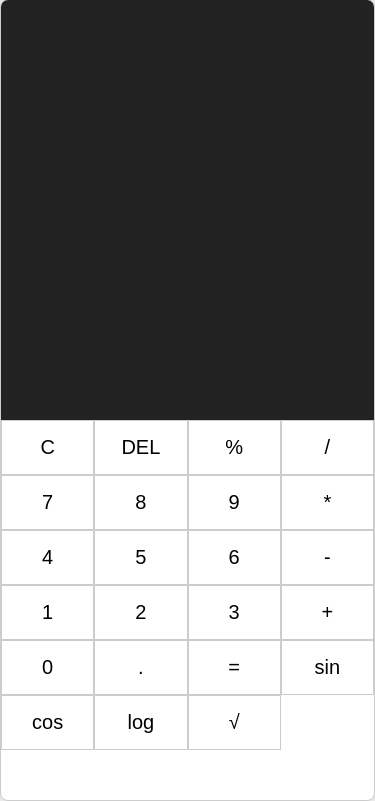
Repository: JuliusMonday/myCalculator
Page: index.html
An editor plug-in stored every save of this project. The page is shown before and after the next save, followed by the edit.
The browser window is 375 px wide. The pictures show the whole page.

Above is the page before, as saved 2024-05-31 08:40:20.

### index.html
<!DOCTYPE html>
<html lang="en">
<head>
    <meta charset="UTF-8">
    <meta name="viewport" content="width=device-width, initial-scale=1.0">
    <title>JuliusCalc - Scientific Calculator</title>
    <link rel="stylesheet" href="styles.css">
</head>
<body>
    <div class="calculator">
        <div class="display">
            <input type="text" id="result" disabled>
        </div>
        <div class="buttons">
            <button onclick="clearDisplay()">C</button>
            <button onclick="deleteChar()">DEL</button>
            <button onclick="appendChar('%')">%</button>
            <button onclick="appendChar('/')">/</button>

            <button onclick="appendChar('7')">7</button>
            <button onclick="appendChar('8')">8</button>
            <button onclick="appendChar('9')">9</button>
            <button onclick="appendChar('*')">*</button>

            <button onclick="appendChar('4')">4</button>
            <button onclick="appendChar('5')">5</button>
            <button onclick="appendChar('6')">6</button>
            <button onclick="appendChar('-')">-</button>

            <button onclick="appendChar('1')">1</button>
            <button onclick="appendChar('2')">2</button>
            <button onclick="appendChar('3')">3</button>
            <button onclick="appendChar('+')">+</button>

            <button onclick="appendChar('0')">0</button>
            <button onclick="appendChar('.')">.</button>
            <button onclick="calculate()">=</button>

            <button onclick="appendChar('Math.sin(')">sin</button>
            <button onclick="appendChar('Math.cos(')">cos</button>
            <button onclick="appendChar('Math.log(')">log</button>
            <button onclick="appendChar('Math.sqrt(')">√</button>
        </div>
    </div>
    <script src="index.js"></script>
</body>
</html>

### styles.css
body {
    display: flex;
    justify-content: center;
    align-items: center;
    height: 100vh;
    background-color: #f0f0f0;
    font-family: 'Arial', sans-serif;
    margin: 0;
}

.calculator {
    width: 300px;
    border: 1px solid #ccc;
    border-radius: 8px;
    overflow: hidden;
    box-shadow: 0 0 10px rgba(0, 0, 0, 0.1);
    background-color: #ffffff;
}

.display {
    background-color: #222;
    color: #fff;
    padding: 0;
    font-size: 24px;
    position: relative;
    height: 60px;
    display: flex;
    align-items: flex-end;
    padding-right: 10px;
}

.display input {
    width: 100%;
    border: none;
    background: none;
    color: #fff;
    text-align: right;
    font-size: 24px;
    padding: 0;
    box-sizing: border-box;
    line-height: 60px;
    height: 60px;
}

.buttons {
    display: grid;
    grid-template-columns: repeat(4, 1fr);
}

button {
    padding: 20px;
    font-size: 18px;
    border: 1px solid #ccc;
    background-color: #fff;
    cursor: pointer;
    transition: background-color 0.2s;
}

button:hover {
    background-color: #f0f0f0;
}

button:active {
    background-color: #ddd;
}

/* Responsive Design */
@media (max-width: 600px) {
    .calculator {
        width: 100%;
        height: 100%;
        border-radius: 5;
    }
    .display {
        padding: 10px;
        font-size: 20px;
        height: 400px;
        margin-bottom: ;
    }
    button {
        padding: 15px;
        font-size: 20px;
    }
}

### index.js
// script.js

function appendChar(char) {
    document.getElementById('result').value += char;
}

function clearDisplay() {
    document.getElementById('result').value = '';
}

function deleteChar() {
    let currentDisplay = document.getElementById('result').value;
    document.getElementById('result').value = currentDisplay.slice(0, -1);
}

function calculate() {
    try {
        let expression = document.getElementById('result').value;

        // Automatically close any opened parentheses
        let openParenthesisCount = (expression.match(/\(/g) || []).length;
        let closeParenthesisCount = (expression.match(/\)/g) || []).length;
        let missingCloseParenthesis = openParenthesisCount - closeParenthesisCount;

        for (let i = 0; i < missingCloseParenthesis; i++) {
            expression += ')';
        }

        let result = eval(expression);
        document.getElementById('result').value = result;
    } catch (error) {
        document.getElementById('result').value = 'Error';
    }
}

After the next save:
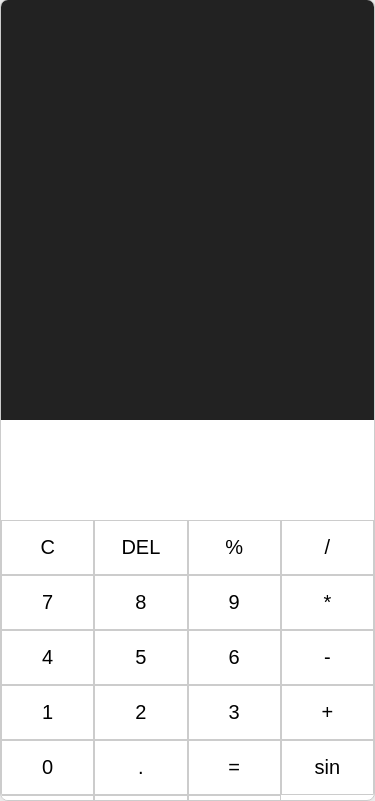
Saved 4 s later.
--- a/styles.css
+++ b/styles.css
@@ -75,7 +75,7 @@
         padding: 10px;
         font-size: 20px;
         height: 400px;
-        margin-bottom: ;
+        margin-bottom: 100px;
     }
     button {
         padding: 15px;

After the save that followed:
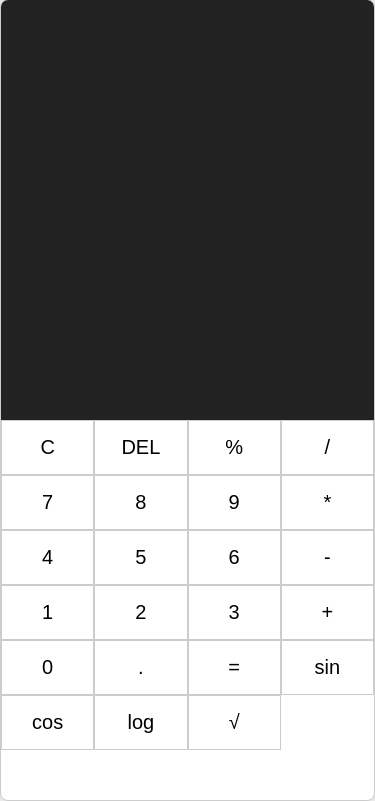
Saved 24 s later.
--- a/styles.css
+++ b/styles.css
@@ -75,7 +75,7 @@
         padding: 10px;
         font-size: 20px;
         height: 400px;
-        margin-bottom: 100px;
+        /* margin-bottom: 100px; */
     }
     button {
         padding: 15px;
